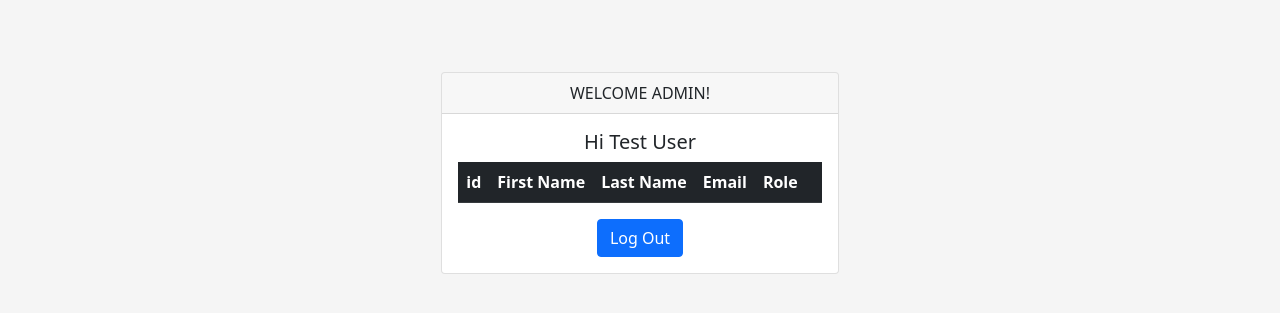
Repository: rabin-bhandari/LOGIN-SIGNUP
Page: http://localhost/welcome.php
An editor plug-in stored every save of this project. The page is shown before and after the next save, followed by the edit.
The browser window is 1280 px wide. The pictures show the whole page.
Some web libraries are served in a nearby version. The page is run by PHP 8.4 with error messages shown; the project is at /var/www/html/. The session is filled in as if someone had signed in: {"email": "test@example.com", "first_name": "Test User", "last_name": "Test User", "id": 1, "admin": 1}. Queries for data that is not in the repository find no rows.

Above is the page before, as saved 2022-03-27 22:07:43.

After the next save:
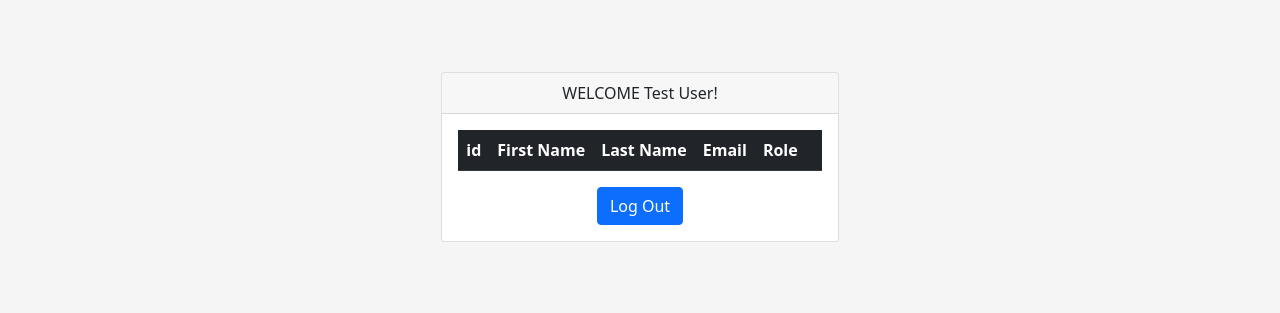
Saved 3 min 1 s later.
--- a/welcome.php
+++ b/welcome.php
@@ -28,10 +28,10 @@ if (isset($_SESSION['id']) && isset($_SESSION['email'])) {
       <div class="admin-container">
         <div class="card text-center">
           <div class="card-header">
-            WELCOME ADMIN!
+            WELCOME <?php echo $_SESSION['first_name']; ?>!
           </div>
           <div class="card-body">
-            <h5 class="card-title">Hi <?php echo $_SESSION['first_name']; ?></h5>
+
             <table class="table table-hover">
               <thead class="table-dark">
                 <tr>
